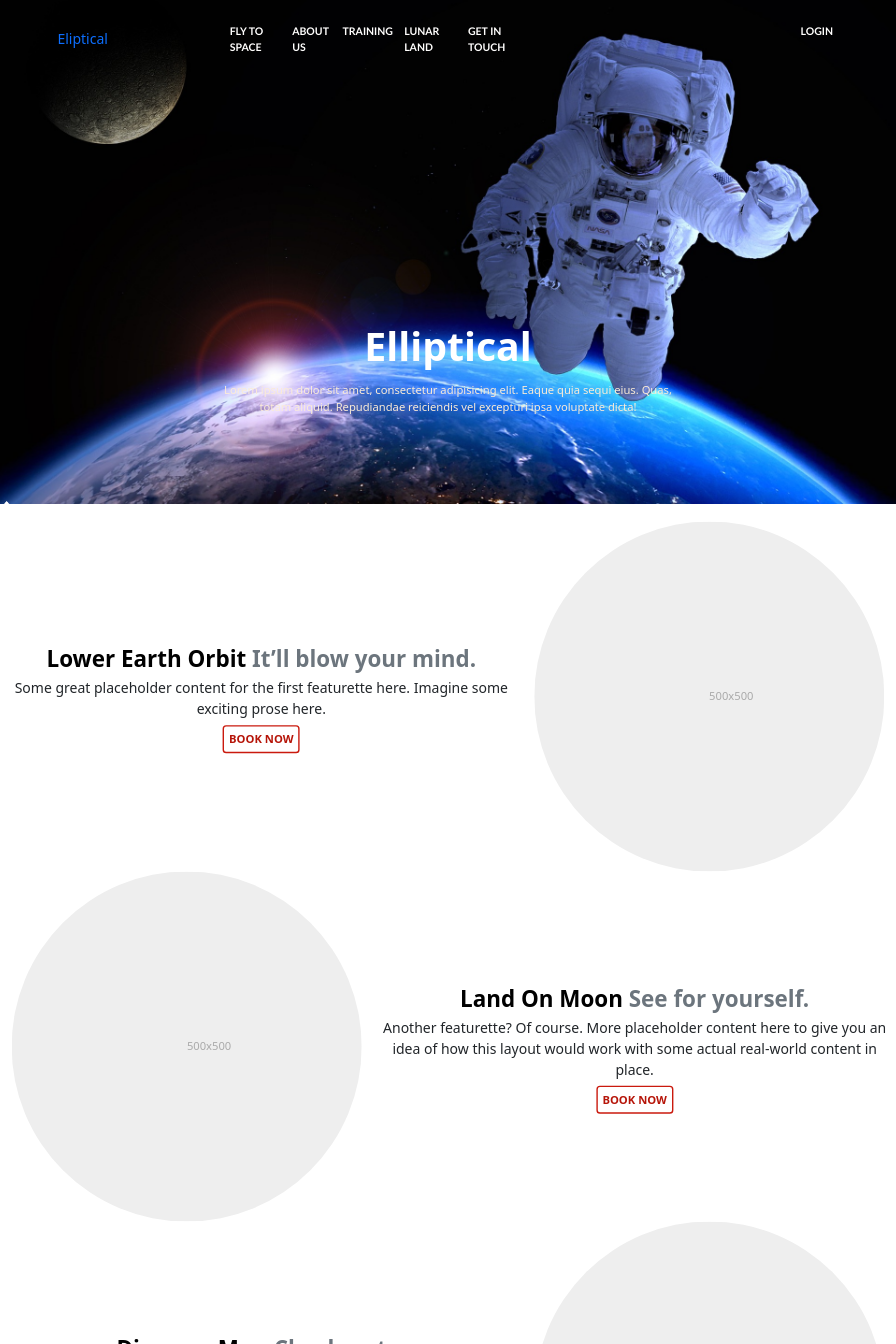
Repository: sarthakkathpalia/elliptical
Page: html/home.html
An editor plug-in stored every save of this project. The page is shown before and after the next save, followed by the edit.
The browser window is 1280 px wide. The pictures show the part of the page from y = 0 to 1920 px (the page is 4287 px tall), at 70% of full size.
Some web libraries are served in a nearby version.

Above is the page before, as saved 2021-10-31 08:09:43.
Console error: ReferenceError: emailjs is not defined

After the next save:
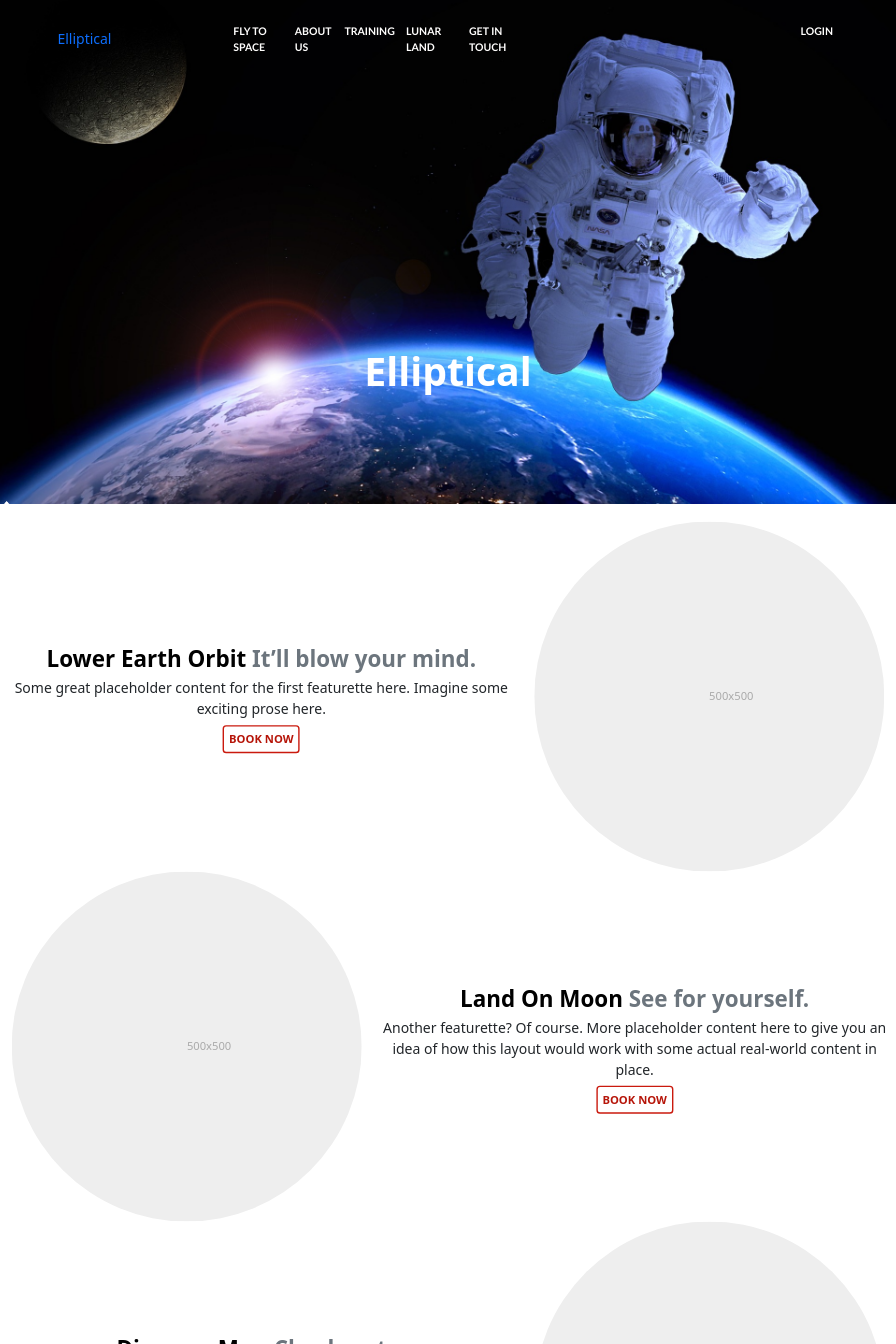
Saved 22 min 10 s later.
--- a/html/home.html
+++ b/html/home.html
@@ -22,7 +22,7 @@
 
     <nav class="navbar navbar-expand-lg ">
       <div class="container">
-        <a class="navbar-brand" href="#">Eliptical</a>
+        <a class="navbar-brand" href="#">Elliptical</a>
         <button class="navbar-toggler" type="button" data-bs-toggle="collapse" data-bs-target="#navbarNavDropdown" aria-controls="navbarNavDropdown" aria-expanded="false" aria-label="Toggle navigation">
           <span class="navbar-toggler-icon"></span>
         </button>
@@ -32,7 +32,7 @@
               <a class="nav-link active" aria-current="page" href="#">Home</a>
             </li> -->
             <li class="nav-item">
-              <a class="nav-link" href="#fly">FLY TO SPACE</a>
+              <a class="nav-link" href="login.html">FLY TO SPACE</a>
             </li>
             <li class="nav-item">
               <a class="nav-link" href="#section2">About Us</a>
@@ -120,9 +120,9 @@
           <div class="row">
               <div class="col-lg-7 mx-auto text-center">
                   <h1 class="display-4 ">Elliptical</h1>
-                  <p class=" my-3">Lorem ipsum dolor sit amet, consectetur adipisicing elit. Eaque quia
+                  <!-- <p class=" my-3">Lorem ipsum dolor sit amet, consectetur adipisicing elit. Eaque quia
                       sequi eius. Quas, totam aliquid. Repudiandae reiciendis vel excepturi ipsa voluptate dicta!
-                  </p>
+                  </p> -->
               </div>
           </div>
       </div>
@@ -149,7 +149,7 @@
       <p class="lead">Some great placeholder content for the first featurette here. Imagine some exciting prose here.</p>
 
       <div class="Booknow">
-        <a  href="form.html">Book Now</a>
+        <a  href="login.html">Book Now</a>
       </div>
 
     </div>
@@ -169,7 +169,7 @@
       <p class="lead">Another featurette? Of course. More placeholder content here to give you an idea of how this layout would work with some actual real-world content in place.</p>
 
       <div class="Booknow">
-        <a  href="form.html">Book Now</a>
+        <a  href="login.html">Book Now</a>
       </div>
     </div>
     <div class="col-md-5 order-md-1">
@@ -186,7 +186,7 @@
       <h2 class="featurette-heading">Discover Mars<span class="text-muted">Checkmate.</span></h2>
       <p class="lead">And yes, this is the last block of representative placeholder content. Again, not really intended to be actually read, simply here to give you a better view of what this would look like with some actual content. Your content.</p>
       <div class="Booknow">
-        <a  href="form.html">Book Now</a>
+        <a  href="login.html">Book Now</a>
       </div>
     </div>
     <div class="col-md-5">
@@ -204,7 +204,7 @@
     <p class="lead">Another featurette? Of course. More placeholder content here to give you an idea of how this layout would work with some actual real-world content in place.</p>
 
     <div class="Booknow">
-      <a  href="form.html">Book Now</a>
+      <a  href="login.html">Book Now</a>
     </div>
   </div>
   <div class="col-md-5 order-md-1">
